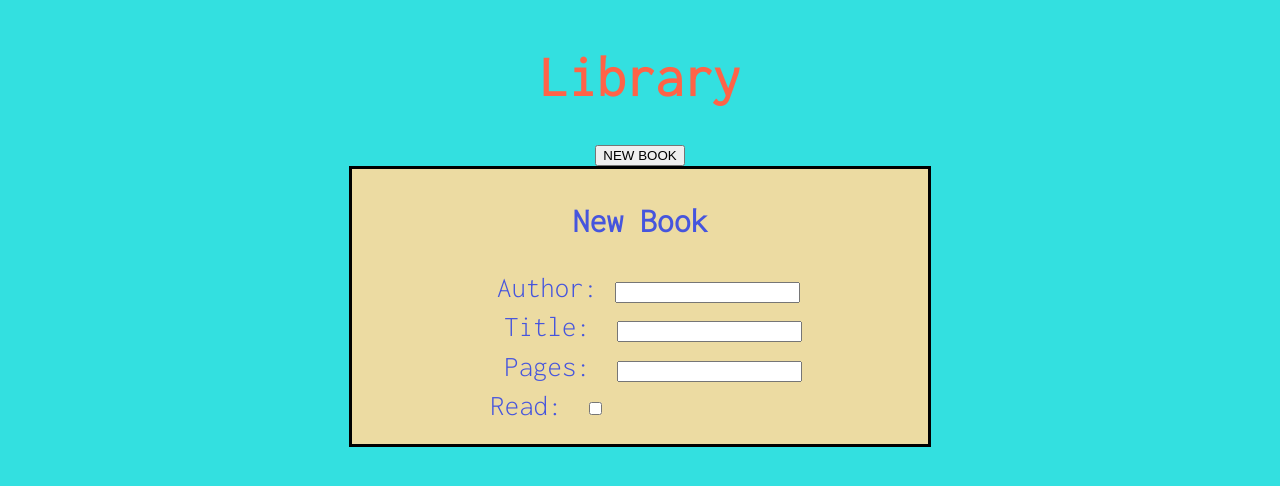
Repository: 0101chaitanya/Library
Page: index.html
An editor plug-in stored every save of this project. The page is shown before and after the next save, followed by the edit.
The browser window is 1280 px wide. The pictures show the whole page.

Above is the page before, as saved 2021-06-02 13:46:02.

### index.html
<!DOCTYPE html>
<html>

<head>
    <meta charset="UTF-8">
    <link rel="stylesheet" type="text/css" href="styles.css">

</head>

<body>
    <script type="text/javascript" src="script.js"></script>

</body>

</html>

### styles.css
  @import url('https://fonts.googleapis.com/css2?family=Inconsolata:wght@300&display=swap');
   :root {
      font-size: 4vh;
      background: rgba(15, 219, 219, 0.849);
      color: rgb(70, 85, 221);
      font-family: 'Inconsolata', monospace;
  }

  body {
      display: flex;
      flex-direction: column;
      justify-content: center;
      align-items: center;
  }

  h1 {
      color: tomato;
  }

  form {
      display: flex;
      flex-direction: column;
      align-items: center;
      justify-content: center;
      background-color: rgb(236, 219, 162);
      height: fit-content;
      width: 20rem;
      border-color: black;
      border-style: solid;
  }

  form>h3 {}

  #authorInput {
      position: relative;
      left: 0.6rem;
      margin-bottom: 0.3rem;
  }

  #titleInput,
  #pagesInput {
      position: relative;
      left: 0.9rem;
      margin-bottom: 0.3rem;
  }

  #readInput {
      position: relative;
      left: 0.8rem;
      margin-bottom: 1rem;
      color: rgb(107, 107, 165);
  }

  #read {
      position: relative;
      right: 3.6rem;
  }

### script.js
let heading = document.createElement("h1");
heading.textContent = 'Library';
document.body.appendChild(heading);
let newBook = document.createElement('button');
newBook.textContent = 'NEW BOOK';
document.body.appendChild(newBook);
let form = document.createElement('form');
h3 = document.createElement('h3');
form.appendChild(h3);

function createElmt(labelName, labelId, tipe, labelTextContent, inputId, inpId) {
    labelName = document.createElement('label');
    labelName.textContent = labelTextContent;
    labelName.id = labelId;
    labelName.htmlFor = inputId;
    inputId = document.createElement('input');
    inputId.type = tipe;
    inputId.id = inpId;
    labelName.appendChild(inputId);
    if (labelName == 'read') {
        span = document.createElement('span');
        span.id = 'checkMark';
        labelName.appendChild(span);
    }
    form.appendChild(labelName);
}
h3.textContent = `New Book`;
createElmt('author', 'author', 'text', 'Author:', 'authorInput', 'authorInput');
createElmt('title', 'title', 'text', 'Title:', 'titleInput', 'titleInput');
createElmt('pages', 'pages', 'number', 'Pages:', 'pagesInput', 'pagesInput');
createElmt('read', 'read', 'checkbox', 'Read:', 'readInput', 'readInput');
console.log('author'.id);
/*
let author = document.createElement('label');
author.textContent = 'Author :';
author.htmlFor = 'authorInput';
let authorInput = document.createElement('input');
authorInput.id = 'authorInput';
author.appendChild(authorInput);
document.body.appendChild(author);
 */


function setBookObj(author, title, pages, readStatus, refUrl) {
    this.author = author;
    this.title = title;
    this.pages = pages;
    this.readStatus = readStatus;
    this.refUrl = refUrl;
}
document.body.appendChild(form);

After the next save:
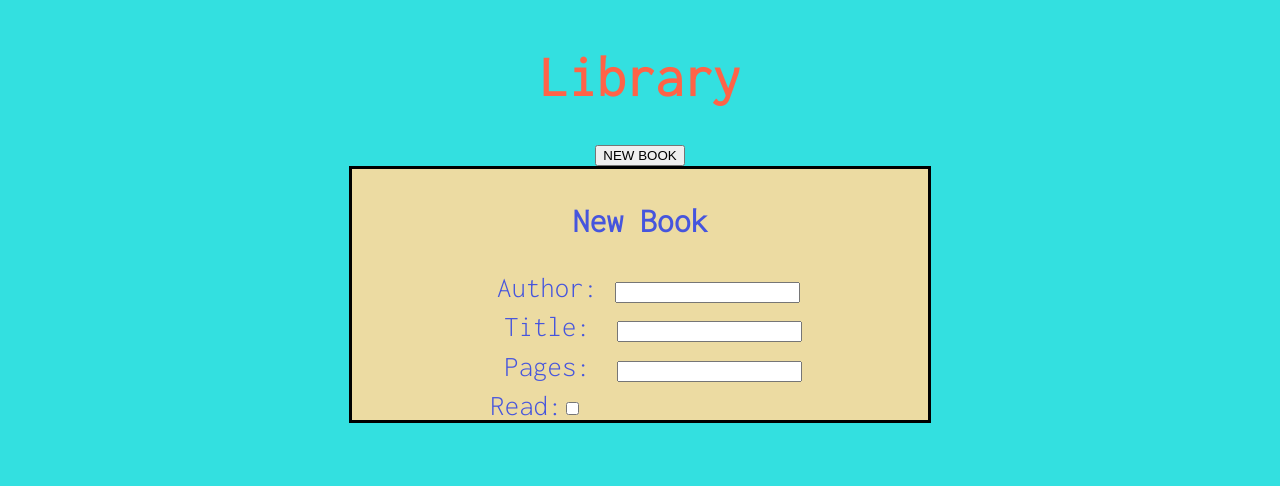
Saved 90 s later.
--- a/styles.css
+++ b/styles.css
@@ -44,7 +44,7 @@
       margin-bottom: 0.3rem;
   }
 
-  #readInput {
+  #readInput:before {
       position: relative;
       left: 0.8rem;
       margin-bottom: 1rem;

After the save that followed:
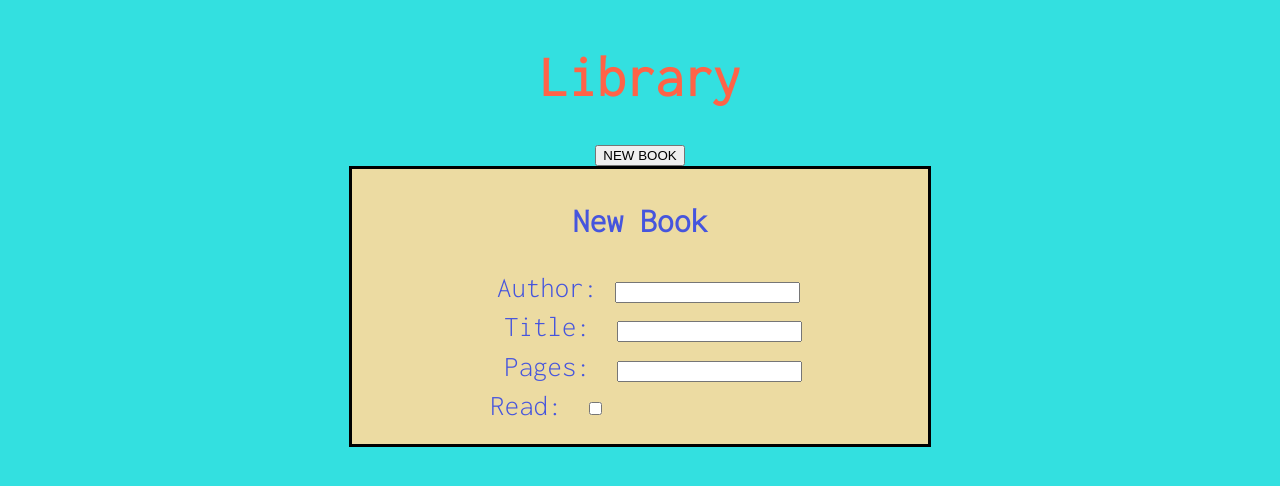
Saved 61 s later.
--- a/styles.css
+++ b/styles.css
@@ -44,7 +44,7 @@
       margin-bottom: 0.3rem;
   }
 
-  #readInput:before {
+  #readInput {
       position: relative;
       left: 0.8rem;
       margin-bottom: 1rem;
